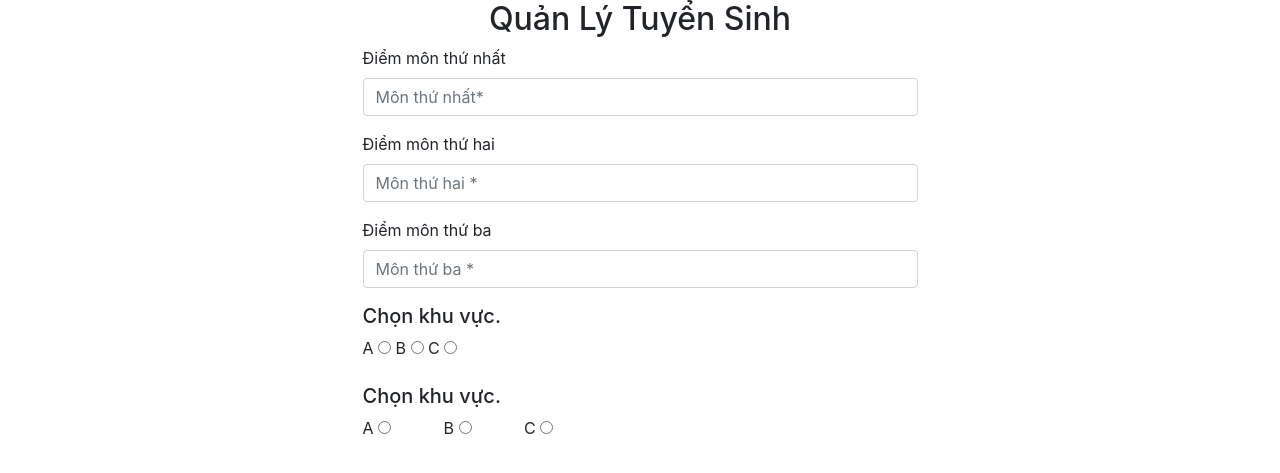
Repository: dovanthao2404/BC14_BaiTap_JS_Buoi_5_dovanthao
Page: html/bai1.html
An editor plug-in stored every save of this project. The page is shown before and after the next save, followed by the edit.
The browser window is 1280 px wide. The pictures show the whole page.

Above is the page before, as saved 2021-07-03 17:04:40.

After the next save:
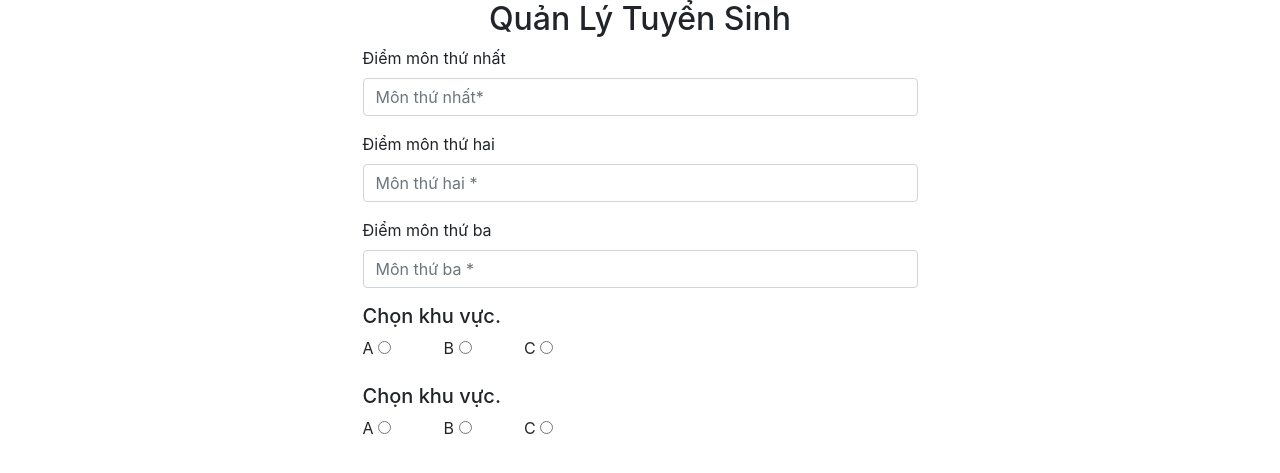
Saved 20 s later.
--- a/html/bai1.html
+++ b/html/bai1.html
@@ -35,11 +35,11 @@
         <div class="form-group">
           <h5 for="scores-3">Chọn khu vực.</h5>
           <label for="">A</label>
-          <input class="area" class="mr-5" type="radio">
+          <input class="mr-5" type="radio">
           <label for="">B</label>
-          <input class="area" class="mr-5" type="radio">
+          <input class="mr-5" type="radio">
           <label for="">C</label>
-          <input class="area" class="mr-5" type="radio">
+          <input class="mr-5" type="radio">
           <span></span>
         </div>
 
